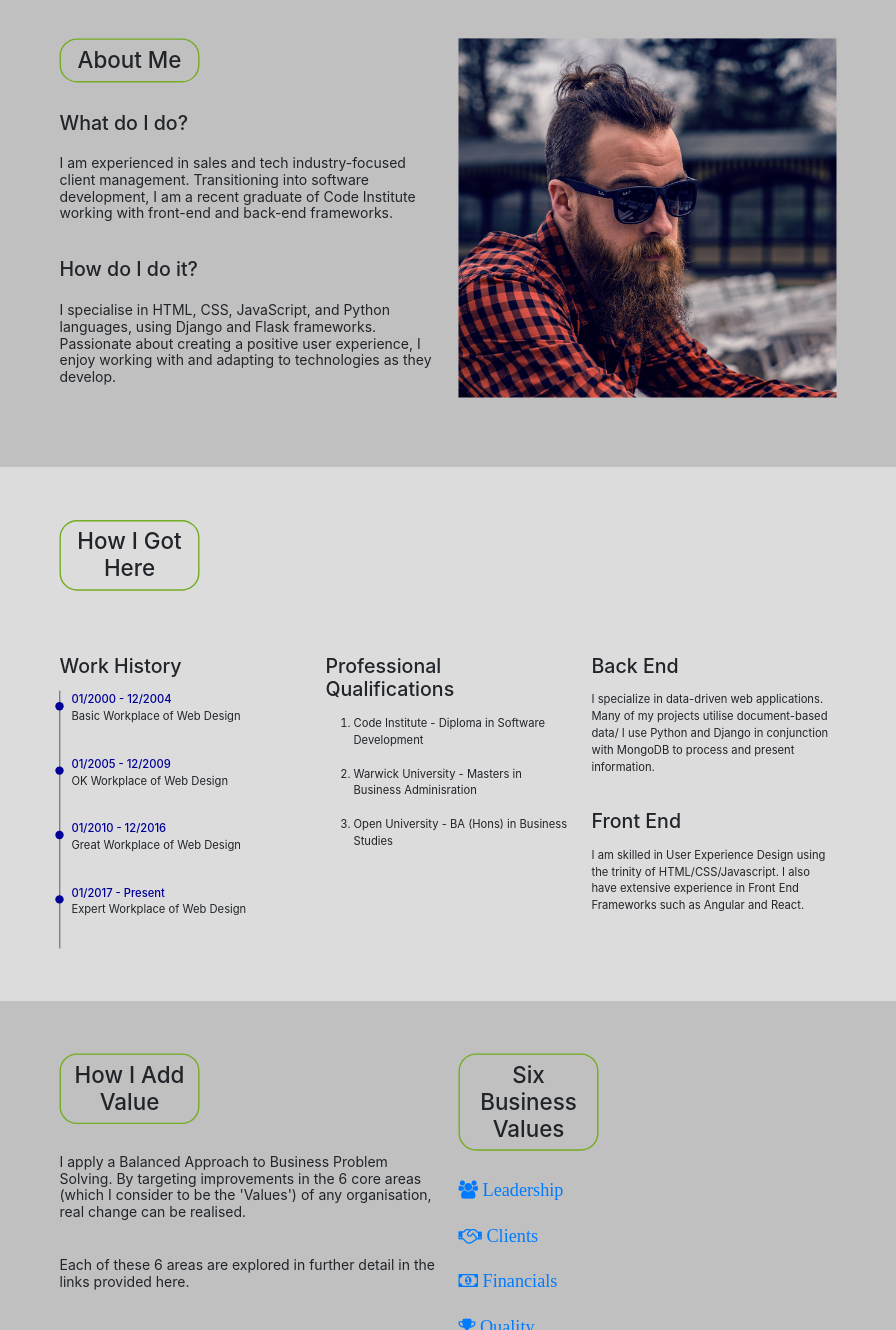
Repository: Code-Institute-Submissions/tenerim-milestone1
Page: index.html
The author's editor kept a record of every edit. The page is drawn from the files as they stood at one moment, then again after the next edit.
The browser window is 1280 px wide. The pictures show the part of the page from y = 1307 to 3207 px (the page is 4374 px tall), at 70% of full size.
A picture or video elsewhere on the page could not be fetched, so the positions and the page height are approximate.

Above is the page before.

### index.html
<!DOCTYPE html>
<html lang="en">

<head>
    <meta charset="UTF-8">
    <meta name="viewport" content="width=device-width, initial-scale=1.0">
    <meta http-equiv="X-UA-Compatible" content="ie=edge">
    <link rel="stylesheet" href="https://stackpath.bootstrapcdn.com/bootstrap/4.3.1/css/bootstrap.min.css" type="text/css" />
    <link href="https://stackpath.bootstrapcdn.com/bootstrap/4.3.1/css/bootstrap.min.css" rel="stylesheet" integrity="sha384-ggOyR0iXCbMQv3Xipma34MD+dH/1fQ784/j6cY/iJTQUOhcWr7x9JvoRxT2MZw1T" crossorigin="anonymous">
    <link rel="stylesheet" href="https://stackpath.bootstrapcdn.com/font-awesome/4.7.0/css/font-awesome.min.css" type="text/css" />
    <link href="https://stackpath.bootstrapcdn.com/font-awesome/4.7.0/css/font-awesome.min.css" rel="stylesheet" integrity="sha384-wvfXpqpZZVQGK6TAh5PVlGOfQNHSoD2xbE+QkPxCAFlNEevoEH3Sl0sibVcOQVnN" crossorigin="anonymous">
    <link rel="stylesheet" href="assets/css/style.css" type="text/css" />
    <title>MT Milestone Project 1</title>
</head>

<body>
    <!-------------------------------------------------------------Intro Page -->
    <header id="welcome-page" >

        <!-------------------------------------Navigation Bar------>


        <nav class="navbar navbar-expand-lg navbar-light bg-light">
            <a class="navbar-brand" href="#"></a>
            <button class="navbar-toggler" type="button" data-toggle="collapse" data-target="#navbarNav" aria-controls="navbarNav" aria-expanded="false" aria-label="Toggle navigation">
    <span class="navbar-toggler-icon"></span>
  </button>

            <div class="collapse navbar-collapse" id="navbarNav">
                <ul class="navbar-nav">
                    <li class="nav-item active">
                        <a class="nav-link" href="#about-me">About Me <span class="sr-only">(current)</span></a>
                    </li>
                    <li class="nav-item">
                        <a class="nav-link" href="#how-i-got-here">How I Got Here </a>
                    </li>
                    <li class="nav-item">
                        <a class="nav-link" href="#how-i-add-value">Adding Value </a>
                    </li>
                    <li class="nav-item">
                        <a class="nav-link" href="#contact">Contact Me </a>
                    </li>
                </ul>
            </div>
        </nav>

        <!-------------------------------------Image and Text ----->

        <img src="images/city.jpg" alt="city" style="width:100%; height:auto;"></img>

        <div class="container-fluid">
            <div class="row">
                <div class="container">
                    <div class="text-right">
                        <h1 class="display-4">Michael Tenerife</h1>
                        <p class="lead">Full Stack Web Developer</p>
                    </div>
                </div>
            </div>
        </div>

    </header>

    <!-------------------------------------------------------------About Me Page -->

    <section id="about-me" class="splash">

        <div class="container">
            <div class="row">
                <div class="col-sm-6">
                    <h2 class="headbox">About Me</h2>
                    <br />
                    <h3>What do I do?</h3>
                    <h5 class="font-weight-normal">I am experienced in sales and tech industry-focused client management. Transitioning into software development, I am a recent graduate of Code Institute working with front-end and back-end frameworks.</h5>
                    <br />
                    <h3>How do I do it?</h3>
                    <h5 class="font-weight-normal">I specialise in HTML, CSS, JavaScript, and Python languages, using Django and Flask frameworks. Passionate about creating a positive user experience, I enjoy working with and adapting to technologies as they develop.</h5>
                    <br />
                </div>
                <div class="col-sm-6">
                    <img src="images/guy-image.png" alt="city" style="width:100%; height:auto;"></img>
                </div>
            </div>
        </div>

    </section>

    <!-------------------------------------------------------------How I Got Here -->


    <section id="how-i-got-here" >

        <div class="container">
            <div class="row">
                <div class="col-4">
                    <h2 class="headbox">How I Got Here</h2>
                    <br />
                </div>
            </div>
        </div>

        <div class="container">
            <div class="row">
                <div class="col-sm-4">
                    <h3>Work History</h3>

                    <div class="timeline-item" data-dates="01/2000 - 12/2004">
                        <p>Basic Workplace of Web Design</p>
                    </div>
                    <div class="timeline-item" data-dates="01/2005 - 12/2009">
                        <p>OK Workplace of Web Design </p>
                    </div>
                    <div class="timeline-item" data-dates="01/2010 - 12/2016">
                        <p>Great Workplace of Web Design</p>
                    </div>
                    <div class="timeline-item" data-dates="01/2017 - Present">
                        <p>Expert Workplace of Web Design</p>
                    </div>
                </div>


                <div class="col-sm-4">
                    <h3>Professional Qualifications</h3>
                    <ol>
                        <li>Code Institute - Diploma in Software Development</li>
                        <br />
                        <li>Warwick University - Masters in Business Adminisration</li>
                        <br />
                        <li>Open University - BA (Hons) in Business Studies</li>
                    </ol>
                </div>
                <div class="col-sm-4">
                    <h3>Back End</h3>
                    <p>I specialize in data-driven web applications. Many of my projects utilise document-based data/ I use Python and Django in conjunction with MongoDB to process and present information.
                    </p>
                    <br />
                    <h3>Front End</h3>
                    <p>I am skilled in User Experience Design using the trinity of HTML/CSS/Javascript. I also have extensive experience in Front End Frameworks such as Angular and React.
                    </p>
                </div>
            </div>
        </div>

    </Section>

    <!-------------------------------------------------------------How I Add Value -->

    <Section id="how-i-add-value" ; class="splash" ;>

        <div class="container">
            <div class="row">

                <div class="col-sm-6">
                    <h2 class="headbox">How I Add Value</h2>
                    <br />
                    <h5 class="font-weight-normal">I apply a Balanced Approach to Business Problem Solving. By targeting improvements in the 6 core areas (which I consider to be the 'Values') of any organisation, real change can be realised.</h5>
                    <br />
                    <h5 class="font-weight-normal">Each of these 6 areas are explored in further detail in the links provided here.</h5>
                    <br />
                </div>

                <div class="col-sm-6">
                    <h2 class="headbox">Six Business Values</h2>
                    <br />
                    <div class="values">
                        <a href="Leadership.html"> <i class="fa fa-users fa-2x" aria-hidden="true"> Leadership</i> </a>
                        <br />
                        <br />
                        <a href="Clients.html"> <i class="fa fa-handshake-o fa-2x" aria-hidden="true"> Clients</i> </a>
                        <br />
                        <br />
                        <a href="Financials.html"> <i class="fa fa-money fa-2x" aria-hidden="true"> Financials</i> </a>
                        <br />
                        <br />
                        <a href="Quality.html"> <i class="fa fa-trophy fa-2x"aria-hidden="true"> Quality</i> </a>
                        <br />
                        <br />
                        <a href="Efficiency.html"> <i class="fa fa-wrench fa-2x" aria-hidden="true"> Efficiency</i> </a>
                        <br />
                        <br />
                        <a href="People.html"> <i class="fa fa-user-circle-o fa-2x" aria-hidden="true"> People</i> </a>
                        <br />
                        <br />
                    </div>
                </div>

            </div>

    </Section>

    <!-------------------------------------------------------------Contact -->

    <Section id="contact" ;>

        <div class="container" ;>
            <div class="row">

                <div class="col-6">
                    <h3 class="uppercase text-center">Can I help?</h3>
                    <img src="images/office.jpg" alt="city" style="width:100%; height:auto;"></img>
                </div>

                <div class="col-6">
                    <h3 class="uppercase text-center">Let's work together!</h3>
                    <div class="center-form">
                        <form>
                            <input type="text" name="name" id="fullname" class="form-control" placeholder="Name" required />
                            <input type="email" name="email" id="emailaddress" class="form-control" placeholder="Email" required />
                            <textarea rows="5" name="projectsummary" id="projectsummary" class="form-control" placeholder="Project description" required></textarea>
                            <div class="form-row text-center">
                                <div class="col">
                                    <button type="submit" class="btn btn-secondary">Send Project Request</button>
                                </div>
                            </div>
                        </form>
                    </div>
                </div>

            </div>
        </div>

    </Section>

    <!-------------------------------------------------------------Footer -->

    <Section id="footer" ;>

        <footer class="container">
            <div id="footer-details" class="row">
                <div class="col-sm-6">
                    <h5 class="uppercase general-sub">About</h5>
                    <p class "inline-block">
                        Full Stack Web Developer. Skilled in everything from HTML to Keroku. The capacity for structural and design thinking.</p>
                </div>


                <div class="col-sm-6">
                    <h5 class="uppercase general-sub">Social</h5>
                    <ul class="list-inline social-links">
                        <li class="list-inline-item">
                            <a target="_blank" href="#">
                            <i class="fa fa-facebook" aria-hidden="true"></i>
                            <span class="sr-only">Facebook</span>
                        </a>
                        </li>
                        <li class="list-inline-item">
                            <a target="_blank" href="#">
                            <i class="fa fa-twitter" aria-hidden="true"></i>
                            <span class="sr-only">twitter</span>
                        </a>
                        </li>
                        <li class="list-inline-item">
                            <a target="_blank" href="#">
                            <i class="fa fa-linkedin" aria-hidden="true"></i>
                            <span class="sr-only">LinkedIn</span>
                        </a>
                        </li>
                        </li>
                        <li class="list-inline-item">
                            <a target="_blank" href="#">
                            <i class="fa fa-pinterest" aria-hidden="true"></i>
                            <span class="sr-only">Pinterest</span>
                        </a>
                        </li>
                        </li>
                        <li class="list-inline-item">
                            <a target="_blank" href="#">
                            <i class="fa fa-instagram" aria-hidden="true"></i>
                            <span class="sr-only">Instagram</span>
                        </a>
                        </li>
                        </li>
                        <li class="list-inline-item">
                            <a target="_blank" href="#">
                            <i class="fa fa-youtube" aria-hidden="true"></i>
                            <span class="sr-only">YouTube</span>
                        </a>
                        </li>
                    </ul>
                </div>
            </div>

        </footer>

    </Section>

</body>

</html>

### assets/css/style.css
.container-fluid {
    background-color: rgb(220, 220, 220);
}

section {
    background-color: rgb(220, 220, 220);
    padding-top: 50px;
    padding-bottom: 50px;
}


.splash {
    background-color: rgb(192, 192, 192);
}


.display-4 {
    padding-top: 50px;
}


.lead {
    padding-bottom: 50px;
}


.headbox {
    border-radius: 25px;
    border: 2px solid #73AD21;
    padding: 10px;
    text-align: center;
    width: 200px;

}

h4 {
    color: rgb(255, 255, 255);
}


.alert-link {

color: rgb(255, 255, 255);
}

/*--------------------------------------How I Got Here-----*/

.timeline-item {
    padding: 0em 1em 1em 1em;
    border-left: 1px solid;
}

.timeline-item:before {
    content: attr(data-dates);
    left: 2.5em;
    top: 3em;
    display: block;
    font-weight: 500;
    font-size: 1em;
    color: #000099;
}

.timeline-item:after {
    width: 12px;
    height: 12px;
    display: block;
    top: -3em;
    position: relative;
    left: -23px;
    border-radius: 12px;
    content: "";
    background: #000099;
}


/*--------------------------------------How I Add Value-----*/

.values {
        font-size: 13px;
        color: #fafafa;
    }






/*--------------------------------------Contact-----*/

.contact {
  position: relative;
  text-align: center;
  color: white;
}


.top-left {
  position: absolute;
  top: 8px;
  left: 16px;
}




/*--------------------------------------Footer-----*/

.social-links {
    padding-bottom: 15px;
}

.social-links li a i {
    width: 32px;
    height: 32px;
    padding: 12px 0;
    border-radius: 50%;
    font-size: 13px;
    line-height: 7px;
    text-align: center;
    color: #fafafa;
    background: #8f8f8f;
    transition: all 0.35s ease-in-out;
    -moz-transition: all 0.35s ease-in-out;
    -webkit-transition: all 0.35s ease-in-out;
    -o-transition: all 0.35s ease-in-out;
}

.social-links li a i:hover {
    background: #e84610;
}

#footer-details {
    padding: 20px;
}


/*--------------------------------------Padding-----*/

.container
{
    padding-top: 25px;
    padding-bottom: 25px;
}

h2 {
    padding-top: 10px;
    padding-bottom: 10px
}



h3 {
    padding-top: 10px;
    padding-bottom: 10px
}



h5 {
    padding-top: 10px;
    padding-bottom: 10px
}

.fa {
    padding-top: 10px;
    padding-bottom: 10px
 }

After the next edit:
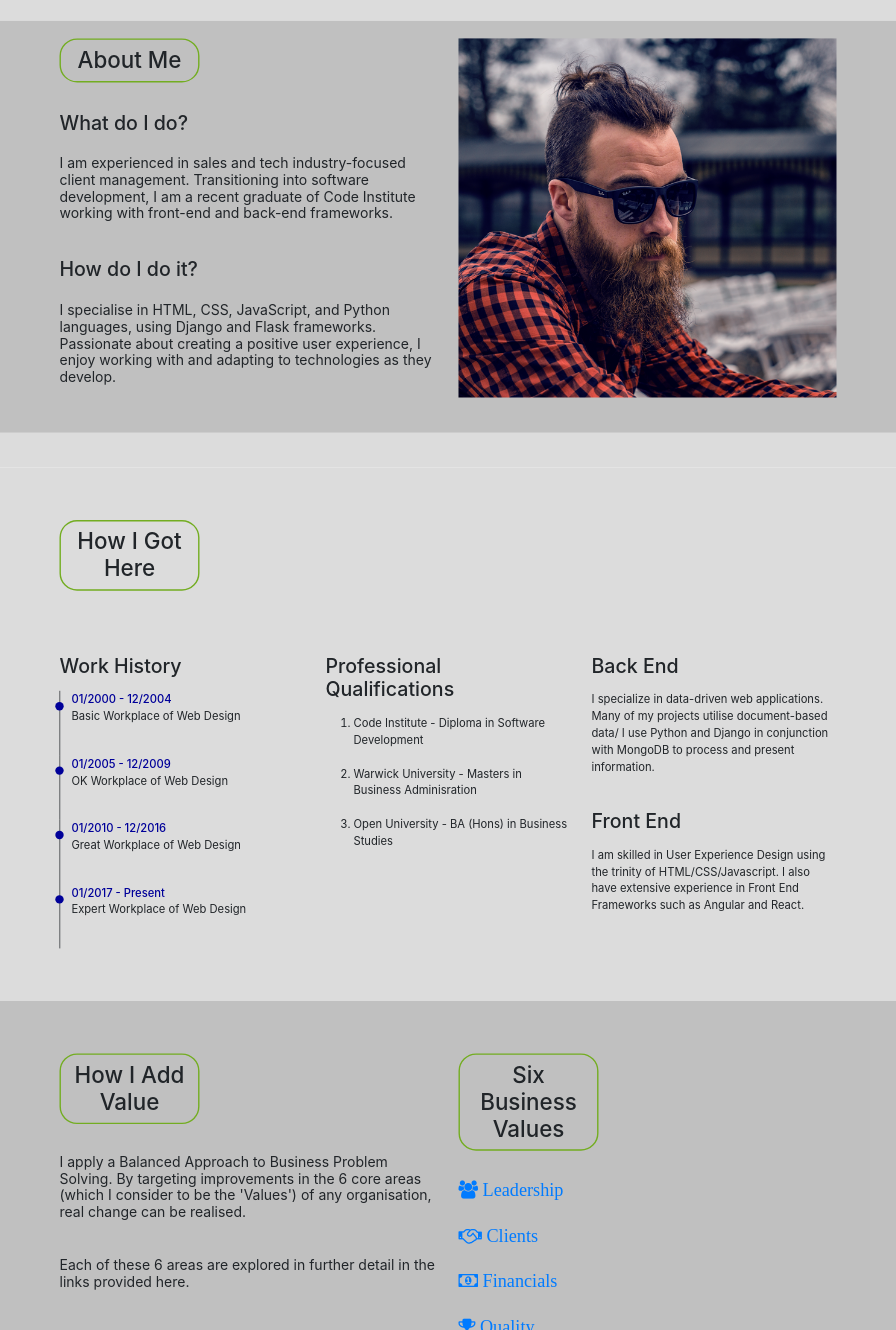
The edit:
--- a/index.html
+++ b/index.html
@@ -63,7 +63,9 @@
 
     <!-------------------------------------------------------------About Me Page -->
 
-    <section id="about-me" class="splash">
+    <section id="about-me">
+
+   <div class="splash">
 
         <div class="container">
             <div class="row">
